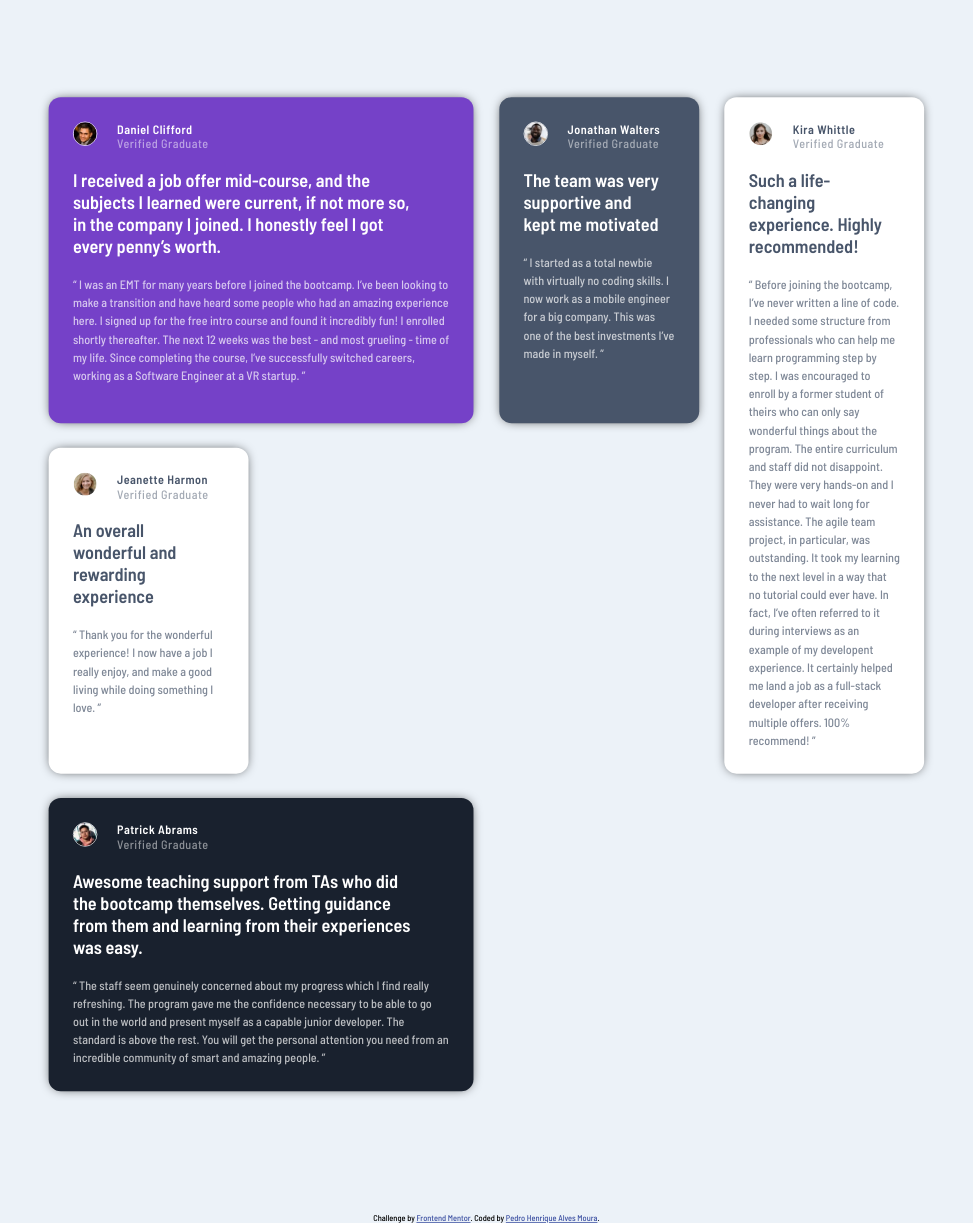
Repository: Pedrohamoura-Git/Frontend-Mentor-Challenges
Page: Junior/testimonials-grid-section-main/index.html
The author's editor kept a copy of each file at every save. The page is drawn from the files as they stood at one save, then again after a run of saves.
The browser window is 1280 px wide. The pictures show the whole page, at 76% of full size.

Above is the page before, as saved 2021-06-02 10:06:10.

### Junior/testimonials-grid-section-main/index.html
<!DOCTYPE html>
<html lang="en">
<head>
  <meta charset="UTF-8">
  <meta name="viewport" content="width=device-width, initial-scale=1.0"> <!-- displays site properly based on user's device -->

  <link rel="stylesheet" href="css/style.css">

  <title>Frontend Mentor | [Challenge Name Here]</title>

  <!-- Feel free to remove these styles or customise in your own stylesheet 👍 -->
  <style>
    .attribution { font-size: 11px; text-align: center; }
    .attribution a { color: hsl(228, 45%, 44%); }
  </style>
</head>
<body>

  <div id="wrapper">
    <div id="cards">
      <div id="card1">
        <header>
          <div class="picture">
            <img  src="images/image-daniel.jpg" alt="Daniel Clifford's Picture">
          </div>

          <div class="profile">
            <p>Daniel Clifford</p>
            <p class="status">Verified Graduate</p>
          </div>
          <div class="quotes"></div>
        </header>


        <h2>I received a job offer mid-course, and the subjects I learned were current, if not more so, in the company I joined. I honestly feel I got every penny’s worth.</h2>

        <p class="reviews">“ I was an EMT for many years before I joined the bootcamp. I’ve been looking to make a transition and have heard some people who had an amazing experience here. I signed up for the free intro course and found it incredibly fun! I enrolled shortly thereafter. The next 12 weeks was the best - and most grueling - time of my life. Since completing the course, I’ve successfully switched careers, working as a Software Engineer at a VR startup. ”</p>
      </div>

      <div id="card2">
        <header>
          <div class="picture">
            <img src="images/image-jonathan.jpg" alt="Jonathan Walters's Picture">
          </div>

          <div class="profile">
            <p>Jonathan Walters</p>
            <p class="status">Verified Graduate</p>
          </div>
        </header>

        <h2>The team was very supportive and kept me motivated</h2>

        <p class="reviews">“ I started as a total newbie with virtually no coding skills. I now work as a mobile engineer
          for a big company. This was one of the best investments I’ve made in myself. ”</p>
      </div>


      <div id="card3">
        <header>
          <div class="picture">
            <img src="images/image-jeanette.jpg" alt="Jeanette Harmon's Picture">
          </div>

          <div class="profile">
            <p>Jeanette Harmon</p>
            <p class="status">Verified Graduate</p>
          </div>
        </header>

        <h2>An overall wonderful and rewarding experience</h2>

        <p class="reviews">“ Thank you for the wonderful experience! I now have a job I really enjoy, and make a good living
          while doing something I love. ”</p>
      </div>

      <div id="card4">
        <header>
          <div class="picture">
            <img src="images/image-patrick.jpg" alt="Patrick Abrams's Picture">
          </div>

          <div class="profile">
            <p>Patrick Abrams</p>
            <p class="status">Verified Graduate</p>
          </div>
        </header>

        <h2>Awesome teaching support from TAs who did the bootcamp themselves. Getting guidance from them and
          learning from their experiences was easy.</h2>

        <p class="reviews">“ The staff seem genuinely concerned about my progress which I find really refreshing. The program
          gave me the confidence necessary to be able to go out in the world and present myself as a capable
          junior developer. The standard is above the rest. You will get the personal attention you need from
          an incredible community of smart and amazing people. ”</p>
      </div>

      <div id="card5">
        <header>
          <div class="picture">
            <img src="images/image-kira.jpg" alt="Kira Whittle's Picture">
          </div>

          <div class="profile">
            <p>Kira Whittle</p>
            <p class="status">Verified Graduate</p>
          </div>
        </header>

        <h2>Such a life-changing experience. Highly recommended!</h2>

        <p class="reviews">“ Before joining the bootcamp, I’ve never written a line of code. I needed some structure from
          professionals who can help me learn programming step by step. I was encouraged to enroll by a former
          student of theirs who can only say wonderful things about the program. The entire curriculum and staff
          did not disappoint. They were very hands-on and I never had to wait long for assistance. The agile team
          project, in particular, was outstanding. It took my learning to the next level in a way that no tutorial
          could ever have. In fact, I’ve often referred to it during interviews as an example of my developent
          experience. It certainly helped me land a job as a full-stack developer after receiving multiple offers.
          100% recommend! ”</p>
      </div>
    </div>
  </div>


  <div class="attribution">
    Challenge by <a href="https://www.frontendmentor.io?ref=challenge" target="_blank">Frontend Mentor</a>.
    Coded by <a href="#">Pedro Henrique Alves Moura</a>.
  </div>
</body>
</html>

### Junior/testimonials-grid-section-main/css/style.css
/*
** Core Formats
*/
    @import url('https://fonts.googleapis.com/css2?family=Barlow+Semi+Condensed:ital,wght@0,500;0,600;1,500;1,600&display=swap');


    * {
        box-sizing: border-box;
        font-family: "Barlow Semi Condensed";
        margin: 0;
        padding: 0;

    }

    html {
        Font-size: 13px;
    }

    body {
        background: hsl(210, 46%, 95%);
    }


/*
** Common Formats
*/
    #cards {
        color: white;
        margin: 10% auto;
        min-width: 200px;
        width: 90%;

        /* border: 1px solid red; */
    }
    #cards .picture img {
        border: 1.5px solid white;
        border-radius: 3rem;
        width: 55%;
    }

    #cards h2 {
        font-size: 1.5rem;
        margin-bottom: 1.5rem;
        max-width: 90%;
    }

    #cards div.profile {
        letter-spacing: .04rem;
        margin-bottom: 1.5rem;
    }

    #cards div.profile :first-child {
        font-weight: 600;
    }

    #cards div.profile p.status {
        opacity: 50%;
    }

    #cards p.reviews {
        font-size: 1rem;
        line-height: 1.5rem;
        opacity: 70%;
    }

    #card1, #card2, #card3, #card4, #card5 {
        border-radius: 1rem;
        box-shadow: 0 0 1rem -5px black;
        margin-bottom: 2rem;
        padding: 2rem;
    }


    header {
        display: flex;
    }



    /* CONFIGURAR A IMAGEM DE ASPAS DEPOIS


         #cards #card1 h2 {
        z-index: 10;
    }


    #card1 ::before {
        content: '';
        background: url(../images/bg-pattern-quotation.svg)no-repeat;
        width: 30%;
        height: 20%;
        position: absolute;
        top: 3rem;
        right: 2rem;
        z-index: 2;
    }
    } */




/*
** Card #1
*/
    #card1 {
        background: hsl(263, 55%, 52%);
    }



/*
** card #2
*/

    #card2 {
        background: hsl(217, 19%, 35%);
    }


/*
** card #3
*/
    #card3 {
        background: white;
        color: hsl(217, 19%, 35%);
    }


/*
** card #4
*/
    #card4 {
        background: hsl(219, 29%, 14%);
    }



/*
** card #5
*/
    #card5 {
        background: white;
        color: hsl(217, 19%, 35%);
    }


    /*
    ** Tablet Layout
    */
        @media (min-width: 720px) {

            html {
                font-size: 16px;
            }

            #cards {
                display: grid;
                grid-template-columns: repeat(2, 1fr);
                column-gap: 2.1rem;
            }

            #card1 {
                grid-column: 1 / span 2;
            }

            #card4 {
                grid-column: 1 / span 2;
            }

            #card5 {
                grid-column: 1 / span 2;
            }
        }



    /*
    ** Desktop - Layout
    */
        @media (min-width: 1080px) {
            #cards {
                display: grid;
                grid-template-columns: repeat(4, 1fr);
                grid-template-rows: repeat(2, 1fr);
            }


            #card1 {
                grid-column: 1 / span 2;
                grid-row: 1;
            }

            #card3 {
                grid-column
            }


            #card5 {
                grid-column: 4;
                grid-row: 1 / span 2;
            }
        }

After the next 3 saves:
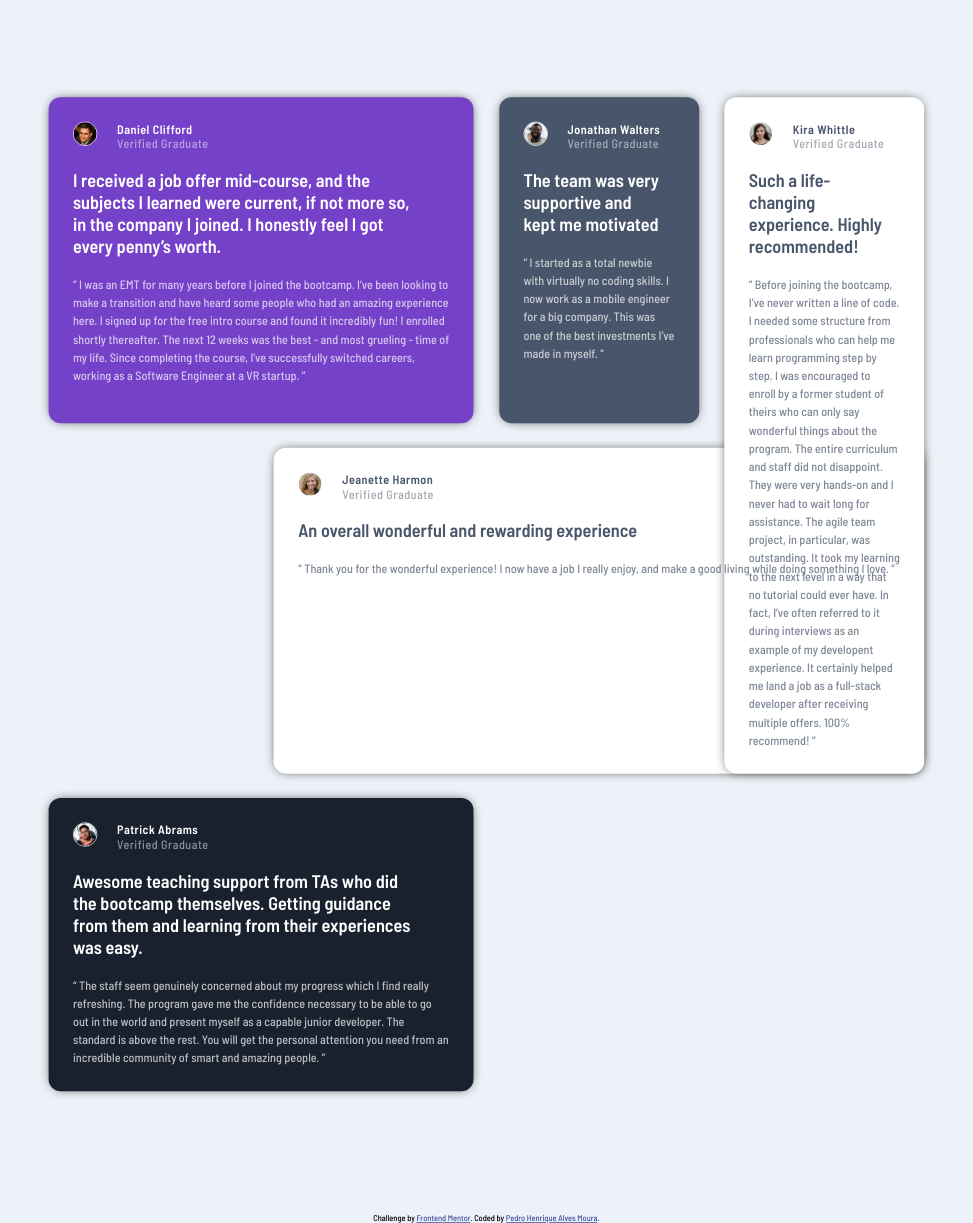
The 3 saves are shown as one change because they came seconds apart.
The last was saved 9 s later.
--- a/Junior/testimonials-grid-section-main/css/style.css
+++ b/Junior/testimonials-grid-section-main/css/style.css
@@ -192,7 +192,8 @@
             }
 
             #card3 {
-                grid-column
+                grid-column: 2 / span 3;
+                grid-row: 2;
             }
 
 
